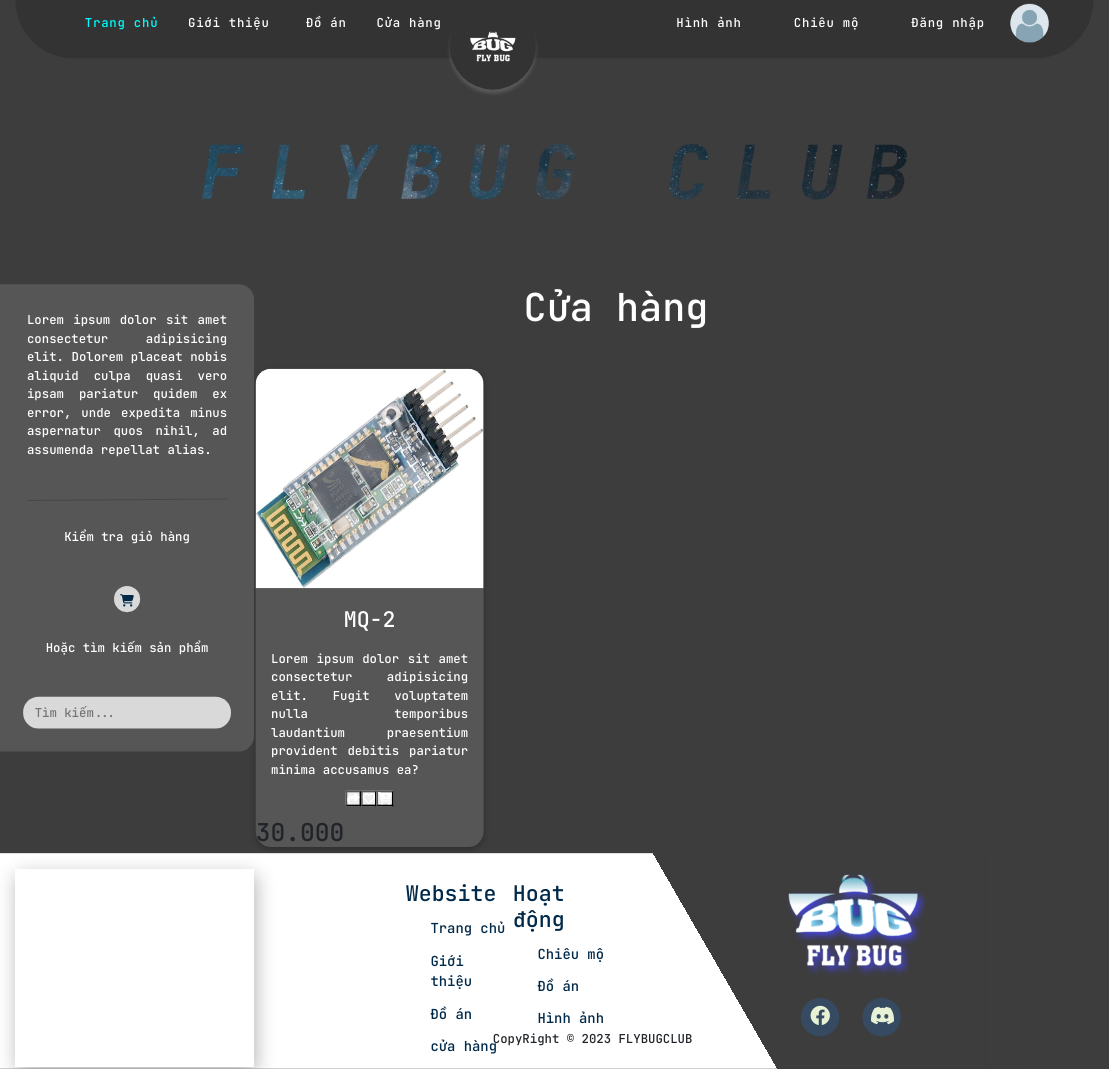
Repository: NQD2308/FlyBugClub_WebApp
Page: PROJECT FLYNUG/html/store.html
These files come from the project's save history. The page is drawn as it stood at one moment and after the next save; the edit follows.
The browser window is 1280 px wide. The page is 1440 px wide, so the pictures cover 1440 px, including what lies to the right of the window. The pictures show the whole page, at 77% of full size.
Pictures or frames that could not be fetched are drawn as grey boxes.

Above is the page before, as saved 2023-09-18 11:04:58.

### PROJECT FLYNUG/html/store.html
<html lang="en">

<head>
    <meta charset="UTF-8">
    <meta name="viewport" content="width=device-width, initial-scale=1.0">
    <title>Document</title>

    <!-- Bootrap 5 -->
    <link href="https://cdn.jsdelivr.net/npm/bootstrap@5.0.2/dist/css/bootstrap.min.css" rel="stylesheet" integrity="sha384-EVSTQN3/azprG1Anm3QDgpJLIm9Nao0Yz1ztcQTwFspd3yD65VohhpuuCOmLASjC" crossorigin="anonymous">

    <!-- Font awesome -->
    <link rel="stylesheet" href="https://cdnjs.cloudflare.com/ajax/libs/font-awesome/6.4.2/css/all.min.css" integrity="sha512-z3gLpd7yknf1YoNbCzqRKc4qyor8gaKU1qmn+CShxbuBusANI9QpRohGBreCFkKxLhei6S9CQXFEbbKuqLg0DA==" crossorigin="anonymous" referrerpolicy="no-referrer" />

    <!-- CSS -->
    <link rel="stylesheet" href="../css/style.css">
    <!-- Reset -->
    <link rel="stylesheet" href="../css/default_setting.css">

    <!-- JetBrains Mono font -->
    <link rel="preconnect" href="https://fonts.googleapis.com">
    <link rel="preconnect" href="https://fonts.gstatic.com" crossorigin>
    <link
        href="https://fonts.googleapis.com/css2?family=JetBrains+Mono:ital,wght@0,300;0,500;0,600;0,700;0,800;1,400&display=swap"
        rel="stylesheet">
</head>

<body>
    <!-- ========================
                #HEADER
        ========================-->
    <header>
        <div class="nav">
            <div class="nav__links">
                <ul class="nav__links-left">
                    <li><a class="active" href="#">Trang chủ</a></li>
                    <li><a href="#">Giới thiệu</li>
                    <li><a href="#">Đồ án</a></li>
                    <li><a href="#">Cửa hàng</a></li>
                </ul>
            </div>
            <div class="logo">
                <img src="../img/logo.png" alt="FlyBug logo">
            </div>
            <div class="nav__links">
                <ul class="nav__links-right">
                    <li><a href="#">Hình ảnh</a></li>
                    <li><a href="#">Chiêu mộ</a></li>
                    <li class="login"><a href="#">Đăng nhập</a></li>
                    <li class="login-Img">
                        <a href="#"><img src="../img/user.png" alt=""></a>
                    </li>
                </ul>
            </div>
        </div>
        <div class="text-logo">
            <img  src="../img/FLYBUG CLUB.png" alt="Photo logo">
        </div>
    </header>

    <section class="body">
        <div class="container">
            <div class="row">
                <div class="col col-md-3 left">
                    <div class="search">
                        <div class="store-note">
                            <p>Lorem ipsum dolor sit amet consectetur adipisicing elit. Dolorem placeat nobis aliquid culpa quasi vero ipsam pariatur quidem ex error, unde expedita minus aspernatur quos nihil, ad assumenda repellat alias.</p>
                        </div>
                        <div class="center">
                            <svg xmlns="http://www.w3.org/2000/svg" width="261" height="4" viewBox="0 0 261 4" fill="none">
                                <path d="M1 2.96216L260.993 0.99995" stroke="#3D3D3D" stroke-opacity="0.8"/>
                            </svg>
                        </div>
                        <div class="shopping-function">
                            <p>Kiểm tra giỏ hàng</p>
                            <div class="center ">
                                <button class="icon-shopping">
                                    <a href="#">
                                        <i class="fa-solid fa-cart-shopping"></i>
                                    </a>
                                </button>
                            </div>
                            <p>Hoặc tìm kiếm sản phẩm</p>
                            <div class="center">
                                <input type="text" placeholder="Tìm kiếm...">
                            </div>
                        </div>
                    </div>
                </div>
                <div class="col col-md-9 right">
                    <div class="store">
                        <h1>Cửa hàng</h1>
                        <div class="item-store">
                            <div class="row">
                                <div class="col col-md-4">
                                    <div class="item-card">
                                        <img src="../img/bluth.jpg" alt="Photo item store">
                                        <h3>MQ-2</h3>
                                        <p>Lorem ipsum dolor sit amet consectetur adipisicing elit. Fugit voluptatem nulla temporibus laudantium praesentium provident debitis pariatur minima accusamus ea?</p>
                                        <div class="center icon-card">
                                            <button class="icon icon-share">
                                                <a href="#">
                                                    <i class="fa-solid fa-share"></i>
                                                </a>
                                            </button>
                                            <button class="icon icon-love">
                                                <a href="#">
                                                    <i class="fa-regular fa-heart"></i>
                                                </a>
                                            </button>
                                            <button class="icon icon-share">
                                                <a href="#">
                                                    <i class="fa-solid fa-cart-plus"></i>
                                                </a>
                                            </button>
                                        </div>
                                        <div class="item-price">
                                            <h2>30.000</h2>
                                        </div>
                                    </div>
                                </div>
                            </div>
                        </div>
                    </div>
                </div>
            </div>
        </div>
    </section>

 <!-- ========================
                #FOOTER
        ========================-->
    <footer class="footer">
        <div class="footer-left">
            <iframe class="ggmap" src="https://www.google.com/maps/embed?pb=!1m18!1m12!1m3!1d15678.190787267133!2d106.64595238715819!3d10.769299600000005!2m3!1f0!2f0!3f0!3m2!1i1024!2i768!4f13.1!3m3!1m2!1s0x31752f7c8bf050ff%3A0x4fa87595d124cc0c!2zVHLGsOG7nW5nIMSQ4bqhaSBo4buNYyBIb2EgU2VuIC0gQ8ahIHPhu58gVGjDoG5oIFRow6Fp!5e0!3m2!1svi!2s!4v1691345035899!5m2!1svi!2s" width="500" height="250" style="border:1;" allowfullscreen="" loading="lazy" referrerpolicy="no-referrer-when-downgrade"></iframe>
        </div>
        <ul class="footer-center">
            <li>
                <h3>Website</h3>

                <ul class="box">
                    <li><a href="#">Trang chủ</a></li>
                    <li><a href="#">Giới thiệu</a></li>
                    <li><a href="#">Đồ án</a></li>
                    <li><a href="#">cửa hàng</a></li>
                </ul>
            </li>
            <li>
                <h3>Hoạt động</h3>

                <ul class="box">
                    <li><a href="#">Chiêu mộ</a></li>
                    <li><a href="#">Đồ án</a></li>
                    <li><a href="#">Hình ảnh</a></li>
                </ul>
            </li>
        </ul>
        <div class="footer-right">
            <div class="img-logo">
                <img src="../img/flybug.png" alt="">
            </div>
            <div class="socials">
                <a href="#"><i class="fa-brands fa-facebook"></i></a>
                <a href="#"><i class="fa-brands fa-discord"></i></a>
            </div>
        </div>

        <div class="footer-bottom">
            <p>CopyRight &copy; 2023 FLYBUGCLUB</p>
        </div>
    </footer>

</body>

</html>

### PROJECT FLYNUG/css/style.css
li,
a,
button {
    list-style: none;
    font-family: 'JetBrains Mono', monospace;
    font-size: 16px;
    text-decoration: none;
    color: #fff;
    cursor: url(../img/bug-icon.png) 5 5, auto !important;
}
body {
    cursor: url(../img/bug-icon.png) 5 5, auto !important;
}
a {
    cursor: url(../img/bug-icon.png) 5 5, auto;
}
body {
    background-color: #3d3d3d;
}

/* =========================
        #HEADER
    =========================*/
header {
    /* position: fixed; */
    width: 1440px;
    /* height: 80px; */
    /* border-bottom: 1px solid #00000026; */




    /* backdrop-filter: blur(20px); */
}

header .nav {
    width: 1400px;
    margin: 0 auto;
    max-width: 100%;
    background: #333;
    border-radius: 0px 0px 80px 80px;
    display: flex;
    justify-content: space-between;
    align-items: center;
    padding: 0 3%;
    top: 0%;
    z-index: 10;
    box-shadow: rgba(0, 0, 0, 0.3) 2.72076px ;
    /* border: 1px solid red; */
}

header .nav ul {
    display: flex;
    align-items: center;
}

header .nav ul li {
    margin: 5px 15px;
    letter-spacing: 1px;
}

header .nav .logo {
    /* border: 1px solid red; */
    width: 7rem;
    height: 7rem;
    position: absolute;
    left: 50%;
    transform: translate(-50%, 20%);
    background-color: #333;
    overflow: hidden;
    border-radius: 100%;
    box-shadow: 0 5px 5px rgba(204, 204, 204, .2);
}

header .logo img {
    width: 100%;
    height: 100%;
    object-fit: cover;
}

header .nav__links {
    width: 40%;
    height: 100%;
}
header .nav__links ul li a{
    transition: .3s ease;
}
header .nav__links ul > li:hover a{
    color: aqua;
}
header .nav__links-left,
header .nav__links-right {
    justify-content: space-between;
}

.active {
    color: aqua;
}

.nav__links-right li:last-child {
    width: 50px;
    height: 50px;
}

header .nav__links-right {
    margin-left: -20px;
}

header .nav__links-right .login-img {
    margin-left: -20px;
}

header .text-logo{
    display: flex;
    justify-content: center;
    width: 1440px;
    background-color: #3d3d3d;
    /* border: 1px solid white; */
    padding: 110px 0;
}

/* ================================ */
/* ============= BODY ============= */
/* ================================ */

/*  @############ LEFT ############@ */

section.body .container{
    max-width: 1440px;
}
section.body .left{
    padding-left: 0;
}

section.body .search{
    width: 330px;
    background-color: #565656;
    border-radius: 0 20px 20px 0;
    position: relative;
    left: 0;
}

.body .search store-note{
    display: flex;
    justify-content: center;
}

.body .search p{
    color: #FFF;
    text-align: justify;
    padding: 35px;
}

.body .search .shopping-function p{
    text-align: center;
}

.body .search .shopping-function button.icon-shopping{
    width: 34px;
    height: 34px;
    border-radius: 50%;
    background-color: #D9D9D9;
    border: none;
}

.body .search .shopping-function .icon-shopping i{
    display: flex;
    justify-content: center;
    width: 24px;
    color: #012A4A;
    transition: all .25s ease-in;
    /* border: 1px solid orange; */
    border-radius: 50%;
    padding: 10px 16px 6px 17px;
}

.body .search .shopping-function button.icon-shopping:hover i{
    color: orange;
    transition: all .25s ease-in;
}

.body .search .shopping-function input{
    width: 270px;
    padding: 10px 15px;
    border-radius: 20px;
    border: none;
    background-color: #D9D9D9;
    margin-bottom: 30px;
}

/*  @############ RIGHT ############@ */

.body .right .store h1{
    color: white;
    text-align: center;
    font-size: 50px;
    margin-bottom: 50px;
}

.body .right .store .item-card{
   background-color: #565656;
    /* border: white 1px solid; */
    border-radius: 20px;
    box-shadow: rgba(0, 0, 0, 0.24) 0px 3px 8px;
}

.body .right .store img {
    height: 285px;
    background-size: cover;
    background-position: center;
    background-attachment: fixed;
    border-radius: 20px 20px 0 0;
}

.body .right .store h3{
    margin: 23px 0;
    text-align: center;
    color: white;
}

.body .right .store p{
    color: white;
    text-align: justify;
    padding: 0 20px;
    font-size: 16px;
    margin: 15px 0;
}

.body .right .store .icon-card{
    margin: 15px 0;
}


/* =========================
        #FOOTER
         background-image: linear-gradient(60deg, white 70%, #3d3d3d 25%);
    =========================*/
footer {
    /* width: 100%; */
    position: relative;
    height: 280px;
    background-color: #333;
    background-image: linear-gradient(60deg, white 70%, #3d3d3d 25%);

    display: flex;
    flex-flow: row wrap;
    justify-content: space-between;
    padding: 20px;
    overflow: hidden;
}

.footer>* {
    width: calc(100% / 4);
}

.footer ul li,
.footer ul li a {
    color: #012A4A;
    font-size: 18px;
}

.footer-left {
    margin-right: 1.25em;
    margin-bottom: 2em;
    box-shadow: rgba(0, 0, 0, 0.3) 2.72076px 8px 24px;
}

.footer-left iframe {
    border-radius: 5px;
}

.footer-center {
    display: flex;
    flex-flow: row wrap;
    justify-content: space-between;
}

.footer-center>* {
    width: calc(100% / 2);
}

.footer-center li {
    margin: 15px 0;
}

.footer-center .box li a {
    transition: .3s ease;
}

.footer-center .box>li:hover a {
    margin-left: 10px;
    color: #4444dd;
    font-weight: bold;
}

.footer-right {
    height: 100%;
    margin: -10px 0;
    display: flex;
    align-items: center;
    flex-flow: row wrap;
    justify-content: center;
}

.footer-right .img-logo {
    width: 100%;
    display: flex;
    justify-content: center;
}

.footer-right img {
    width: 60%;
    filter: drop-shadow(5px 5px 5px #4444dd);
}

.socials a {
    background: #364a62;
    width: 50px;
    height: 50px;
    display: inline-block;
    text-align: center;
    margin: 0 10px;
    border-radius: 100%;
    transition: 0.4s ease;
}

.socials a i {
    color: #e7f2d4;
    padding: 10px;
    font-size: 26px;
}

.socials>a:first-child:hover {
    background-color: #4267B2;
    transform: rotate(1turn);
}

.socials>a:last-child:hover {
    background-color: #7289da;
    transform: rotate(1turn);
}

.footer-bottom {
    position: absolute;
    bottom: 10;
    left: 50%;
}


.main  {
    height: 100vh;
}

### PROJECT FLYNUG/css/default_setting.css
html {
  max-width: 1440px;
  margin: auto;
	line-height: 1.5;
	box-sizing: border-box;
	scroll-behavior: smooth;
  }
  * {
	margin: 0;
	padding: 0;
  font-family: 'JetBrains Mono', monospace;
  }
  *,
  *:before,
  *:after {
	box-sizing: border-box;
  }
  input,
  textarea,
  select,
  button {
	outline: none;
	font: inherit;
  }
  input {
	line-height: normal;
  }
  label,
  button {
	cursor: pointer;
	user-select: none !important;
  }
  ul {
	list-style: none;
  }
  a {
	text-decoration: none;
  }
  img,
  picture,
  video,
  canvas,
  svg {
	display: block;
	max-width: 100%;
	user-select: none !important;
  }

  p,
  h1,
  h2,
  h3,
  h4,
  h5,
  h6 {
	overflow-wrap: break-word;
  }

  /* Mobie: width < 740px */
  @media only screen and (max-width: 46.1875em) {
    input[type="color"],
    input[type="date"],
    input[type="datetime"],
    input[type="datetime-local"],
    input[type="email"],
    input[type="month"],
    input[type="number"],
    input[type="password"],
    input[type="search"],
    input[type="tel"],
    input[type="text"],
    input[type="time"],
    input[type="url"],
    input[type="week"],
    select:focus,
    textarea {
      font-size: 16px;
    }
  }

  .center{
    display: flex;
    justify-content: center;
  }

After the next save:
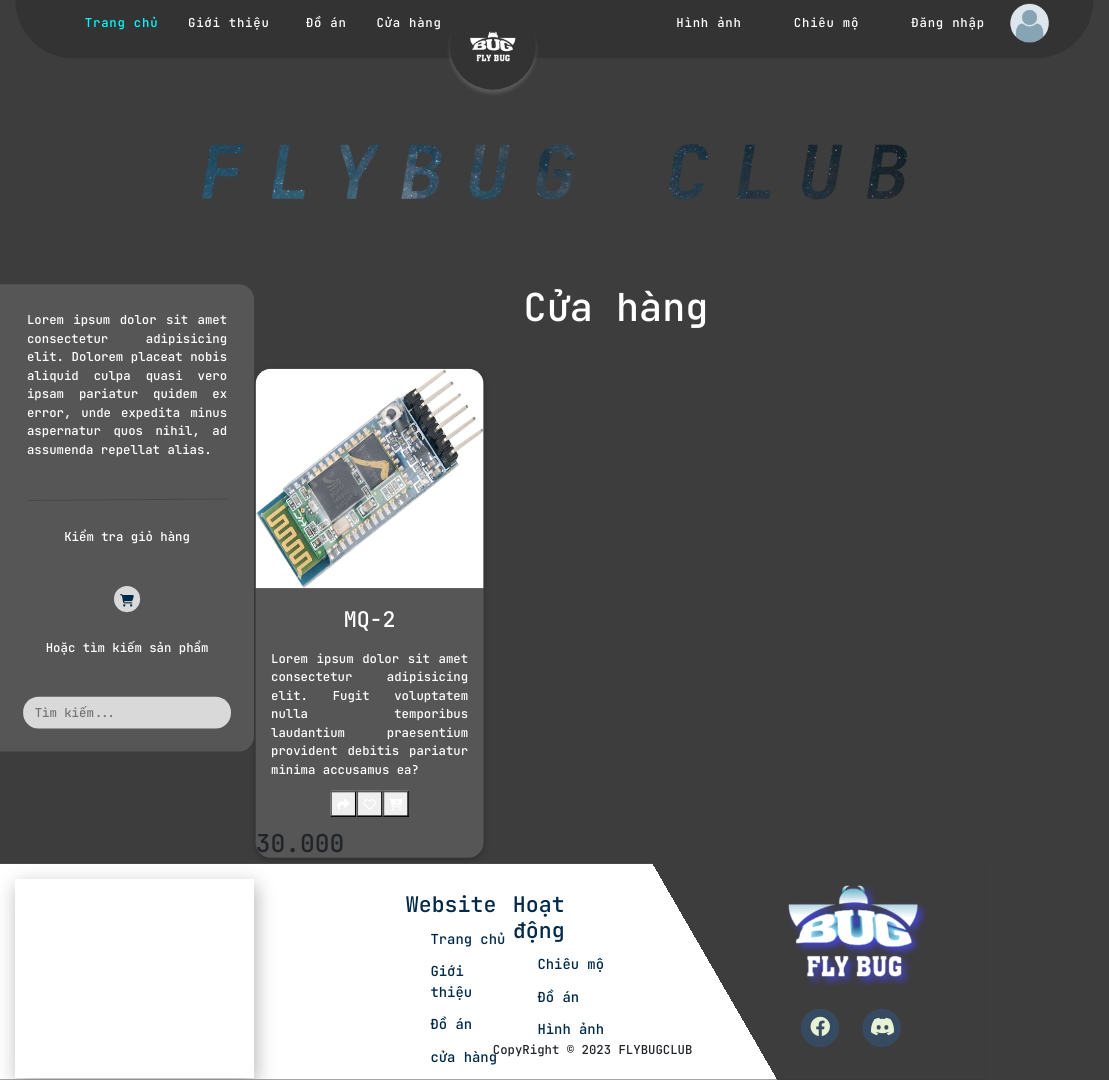
Saved 31 s later.
--- a/PROJECT FLYNUG/css/style.css
+++ b/PROJECT FLYNUG/css/style.css
@@ -230,6 +230,11 @@
     margin: 15px 0;
 }
 
+.body .right .store .icon-card .icon{
+    width: 34px;
+    height: 34px;
+}
+
 
 /* =========================
         #FOOTER
